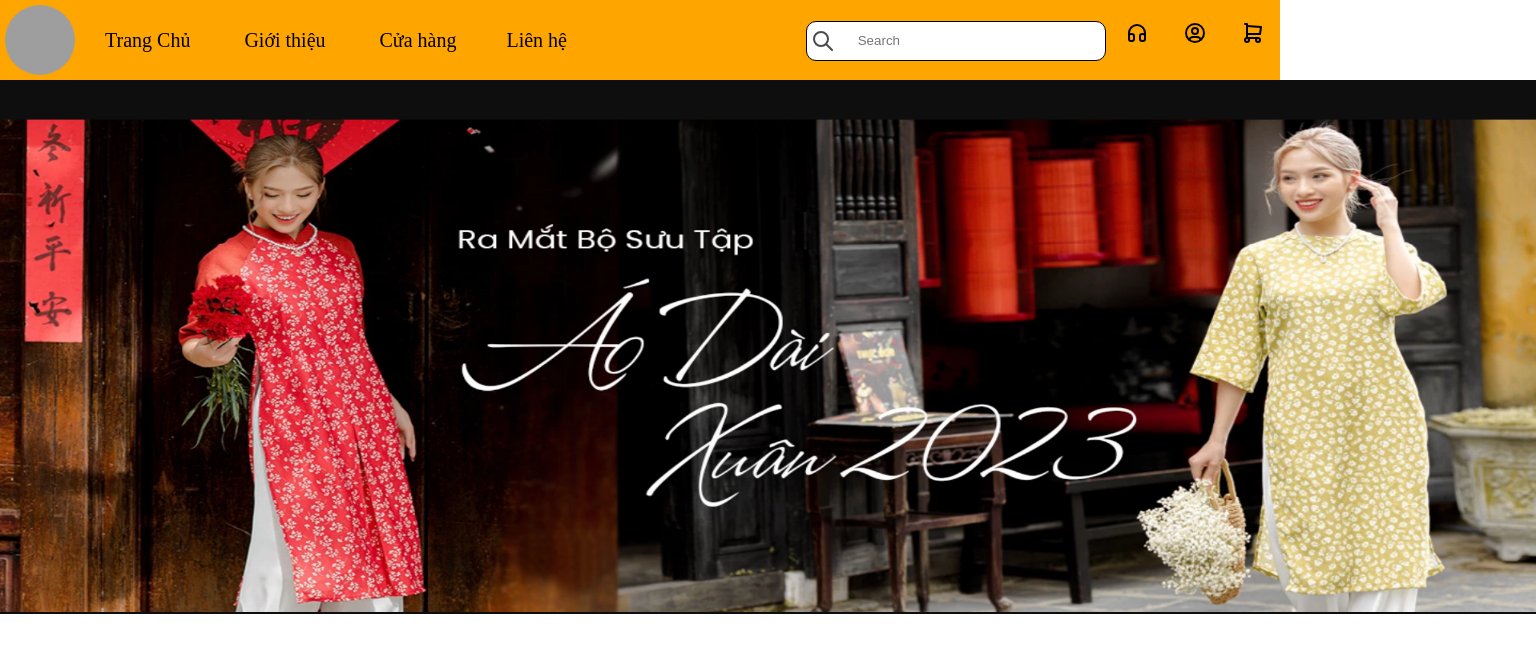
Repository: manhhieu120499/test-page
Page: index.html
An editor plug-in stored every save of this project. The page is shown before and after a run of saves, followed by the edit.
The browser window is 1280 px wide. The page is 1536 px wide, then 1280 px, so the pictures cover 1536 px, including what lies to the right of the window. The pictures show the whole page.
Pictures or frames that could not be fetched are drawn as grey boxes.

Above is the page before, as saved 2023-01-11 23:38:54.

### index.html
<!DOCTYPE html>
<html lang="en">

<head>
    <meta charset="UTF-8">
    <meta http-equiv="X-UA-Compatible" content="IE=edge">
    <meta name="viewport" content="width=device-width, initial-scale=1.0">
    <title>Document</title>
    <link rel="stylesheet" href="./style.css">
</head>

<body>
    <div id="header">
        <div class="left-sidebar">
            <img src="https://t3.ftcdn.net/jpg/03/02/36/70/360_F_302367092_vmqO9rSPmluZJFuOFFNzjGwimbChoIAZ.jpg"
                alt="logo-shop">
            <ul class="sub-menu">
                <li><a href="#">Trang Chủ</a></li>
                <li><a href="#">Giới thiệu</a></li>
                <li><a href="#">Cửa hàng</a< /li>
                <li><a href="#">Liên hệ</a></li>
            </ul>

        </div>

        <div class="right-sidebar">
            <input type="text" placeholder="           Search" />
            <a href="#" class="search">
                <svg xmlns="http://www.w3.org/2000/svg" class="icon icon-tabler icon-tabler-search" width="24" height="24" viewBox="0 0 24 24" stroke-width="2" stroke="currentColor" fill="none" stroke-linecap="round" stroke-linejoin="round">
                    <path stroke="none" d="M0 0h24v24H0z" fill="none"></path>
                    <circle cx="10" cy="10" r="7"></circle>
                    <line x1="21" y1="21" x2="15" y2="15"></line>
                 </svg>
            </a>
            <a href="#" class="telesale">
                <svg xmlns="http://www.w3.org/2000/svg" class="icon icon-tabler icon-tabler-headphones" width="24"
                    height="24" viewBox="0 0 24 24" stroke-width="2" stroke="currentColor" fill="none"
                    stroke-linecap="round" stroke-linejoin="round">
                    <path stroke="none" d="M0 0h24v24H0z" fill="none"></path>
                    <rect x="4" y="13" rx="2" width="5" height="7"></rect>
                    <rect x="15" y="13" rx="2" width="5" height="7"></rect>
                    <path d="M4 15v-3a8 8 0 0 1 16 0v3"></path>
                </svg>
            </a>
            <a href="#" class="person">
                <svg xmlns="http://www.w3.org/2000/svg" class="icon icon-tabler icon-tabler-user-circle" width="24"
                    height="24" viewBox="0 0 24 24" stroke-width="2" stroke="currentColor" fill="none"
                    stroke-linecap="round" stroke-linejoin="round">
                    <path stroke="none" d="M0 0h24v24H0z" fill="none"></path>
                    <circle cx="12" cy="12" r="9"></circle>
                    <circle cx="12" cy="10" r="3"></circle>
                    <path d="M6.168 18.849a4 4 0 0 1 3.832 -2.849h4a4 4 0 0 1 3.834 2.855"></path>
                </svg>
            </a>
            <a href="#" class="shopping-cart">
                <svg xmlns="http://www.w3.org/2000/svg" class="icon icon-tabler icon-tabler-shopping-cart" width="24"
                    height="24" viewBox="0 0 24 24" stroke-width="2" stroke="currentColor" fill="none"
                    stroke-linecap="round" stroke-linejoin="round">
                    <path stroke="none" d="M0 0h24v24H0z" fill="none"></path>
                    <circle cx="6" cy="19" r="2"></circle>
                    <circle cx="17" cy="19" r="2"></circle>
                    <path d="M17 17h-11v-14h-2"></path>
                    <path d="M6 5l14 1l-1 7h-13"></path>
                </svg>
            </a>
        </div>
    </div>

    <div class="body">
        <div class="shop-picture">
            <img src="./logo-tet.png" alt="picture">
        </div>
    </div>

    <div id="footer">

    </div>
</body>

</html>

### style.css
* {
    margin: 0;
    padding: 0;
    box-sizing: border-box;
}

#header {
    width: 100vw;
    height: 80px;
    background-color: orange;
    display: flex;
    justify-content: space-between;
}

.left-sidebar {
    display: flex;
}

.left-sidebar img {
    width: 70px;
    height: 70px;
    border-radius: 50%;
    margin: 5px;
}

.sub-menu li {
   list-style: none;
   display: inline-block;
   line-height: 80px;
   padding: 0px 25px;
}

.sub-menu li a {
    text-decoration: none;
    color: black;
    font-size: 20px;
}

.right-sidebar a {
    display: inline-block;
    line-height: 80px;
    padding: 0 15px;
    color: black;
}

input {
    padding: 10px 10px;
    width: 300px;
    height: 40px;
    border: 1px solid black;
    border-radius: 10px;
    position: relative;
}

.search {
    position: absolute;
    right: 430px;
    top: 8px;
    opacity: 0.7;
}

body {
    height: 100vh;
}

.shop-picture img {
    display: block;
    width: 1536px;
    height: 534px;
}

After the next 3 saves:
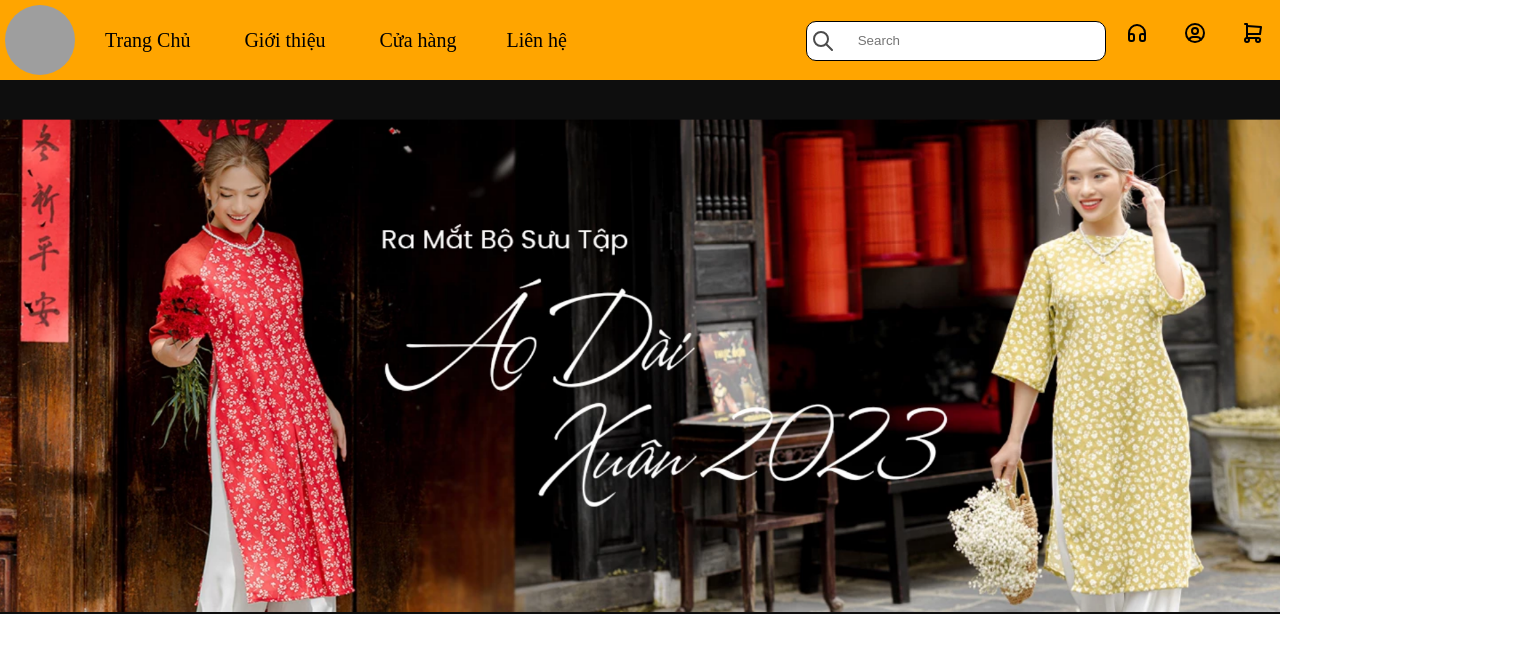
The 3 saves are shown as one change because they came seconds apart.
The last was saved 28 s later.
--- a/style.css
+++ b/style.css
@@ -65,6 +65,6 @@ body {
 
 .shop-picture img {
     display: block;
-    width: 1536px;
+    width: 100%;
     height: 534px;
 }
